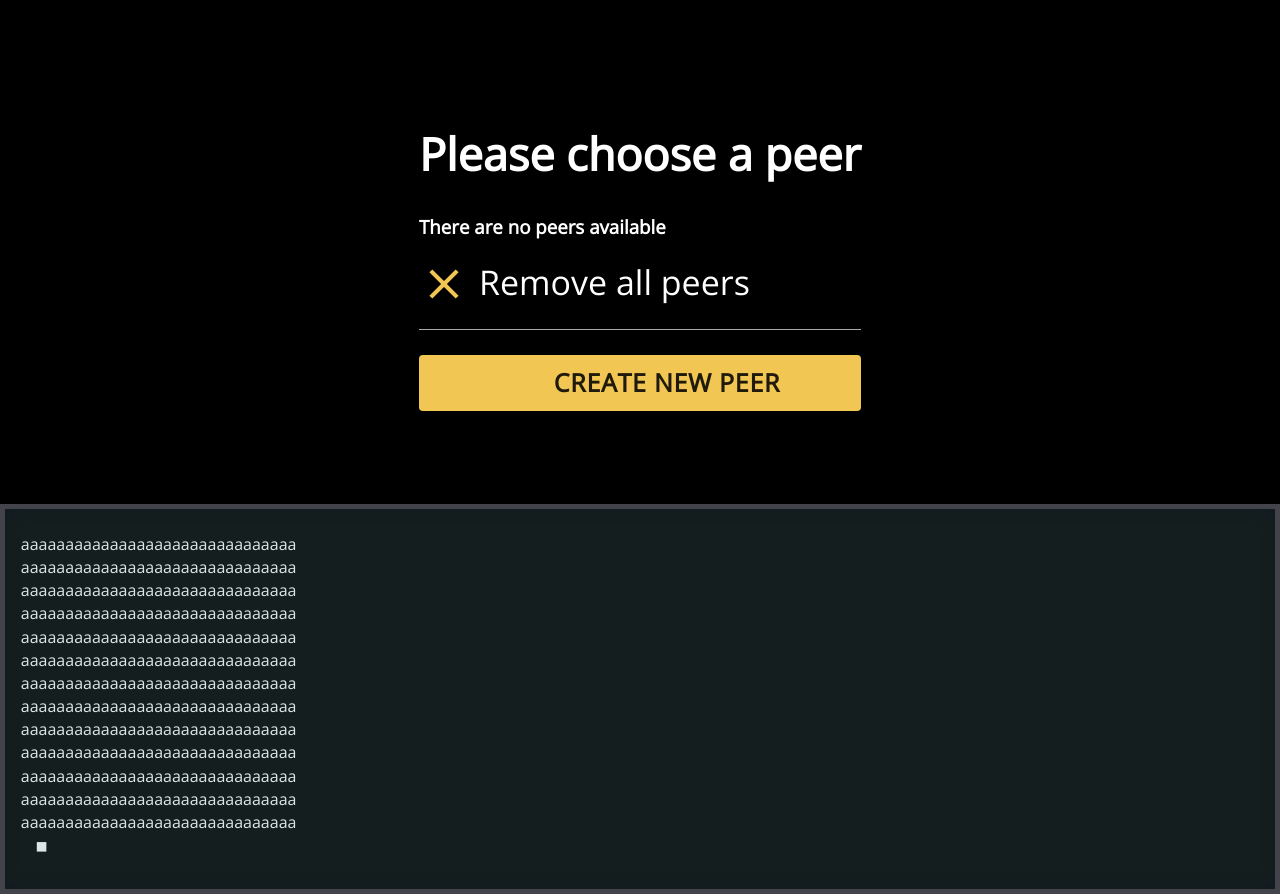
Repository: Bachdz/ASAP-Gui-Frontend
Page: /login
These files come from the project's save history. The page is drawn as it stood at one moment and after the next save; the edit follows.
The browser window is 1280 px wide. The pictures show the whole page.
The page's requests for data from a server got no answer. The project was rebuilt for these pictures with package versions that can differ from the ones it lists, and the page was loaded fresh each time. No one was signed in, and anything a server would have sent is missing. Also part of the build but not shown: src/css/loginscreen/Peer.css, src/components/fragments/Footer.js, src/components/mainscreen/subcomponents/Apps.js, src/css/mainscreen/Main.css, src/components/mainscreen/Main.js.

Above is the page before, as saved 2020-12-16 19:51:37.

After the next save:
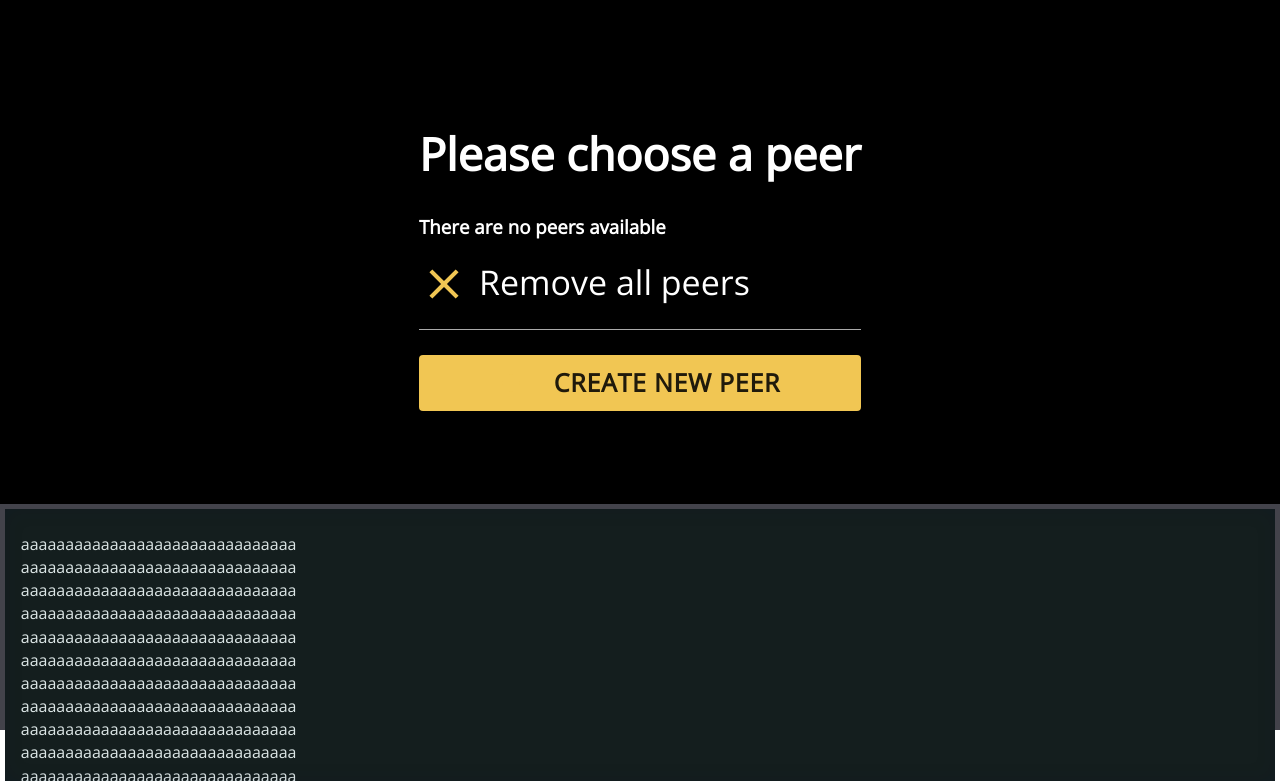
Saved 23 s later.
--- a/src/css/Terminal.css
+++ b/src/css/Terminal.css
@@ -145,6 +145,7 @@
 }
 
 .console {
+    height: 30vh;
     background: rgba(20, 20, 30, 0.8);
     padding: 0.3em;
 }
